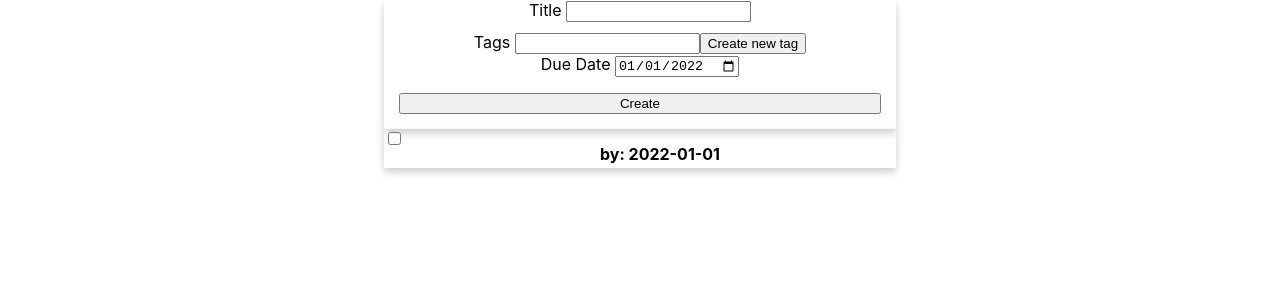
Repository: sanjayMamidipaka/reactappbits
Page: /, after clicking the first element matching `div.submitButton > button`
These files come from the project's save history. The page is drawn as it stood at one moment and after a run of saves; the edit follows.
The browser window is 1280 px wide. The pictures show the whole page.
The project was rebuilt for these pictures with package versions that can differ from the ones it lists, and the page was loaded fresh each time. Also part of the build but not shown: src/components/Tag.css, src/components/Tag.tsx.

Above is the page before, as saved 2022-01-18 18:10:06.

After the next 2 saves:
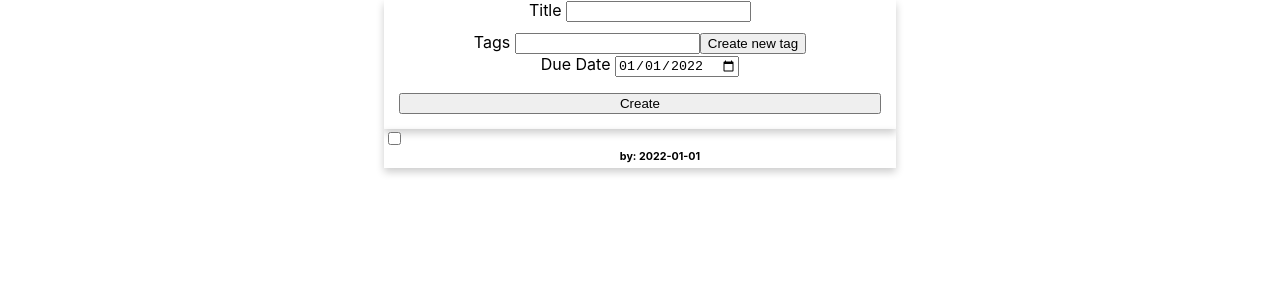
The 2 saves are shown as one change because they came seconds apart.
The last was saved 16 s later.
--- a/src/components/TodoItem.tsx
+++ b/src/components/TodoItem.tsx
@@ -9,7 +9,7 @@ export default function TodoItem({todoListItem, index}: {todoListItem: any, inde
             <input type="checkbox" style={{float: "left"}} />
             <div>
                 <h1 className="child" style={{display: 'inline', padding: '10px'}}>{title}</h1>
-                <h4 className="child" style={{display: 'inline'}}>by: {dueDate}</h4>
+                <h6 className="child" style={{display: 'inline'}}>by: {dueDate}</h6>
             </div>
             {tagList.map((tagObject: {name1: string, index1: number}, index: number) => {
                 return <Tag name={tagObject.name1} key={tagObject.index1} theIndex={tagObject.index1} remove={()=>{}} include={""}></Tag>
